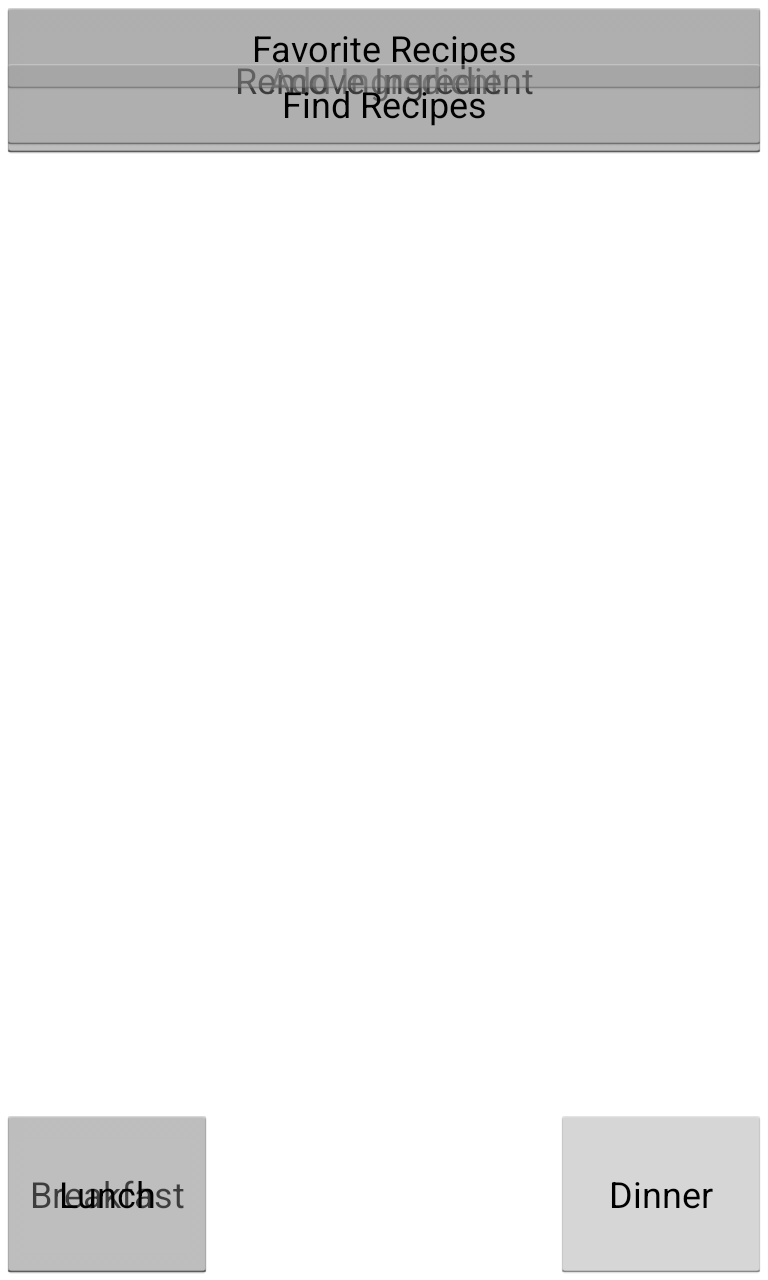
Repository: jmwood22/Boyardroid
Layout: Boyardroid/res/layout/activity_fridge.xml
These files come from the project's save history. The layout is drawn as it stood at one moment and after the next save; the edit follows.
It is drawn on a 768 x 1280 px phone screen (xhdpi) without system bars, with theme AppTheme; the app's code is not run.

Above is the layout before, as saved 2013-02-20 10:57:20.

### Boyardroid/res/layout/activity_fridge.xml
<RelativeLayout xmlns:android="http://schemas.android.com/apk/res/android"
    xmlns:tools="http://schemas.android.com/tools"
    android:id="@+id/AbsoluteLayout1"
    android:layout_width="match_parent"
    android:layout_height="match_parent"
    android:orientation="vertical"
    tools:context=".FridgeScreen" >


    <Button
        android:id="@+id/button1"
        android:layout_width="fill_parent"
        android:layout_height="80dp"
        android:layout_gravity="top"
        android:onClick="addIngre"
        android:text="@string/addIngredient_button" />

    <Button
        android:id="@+id/button2"
        android:layout_width="fill_parent"
        android:layout_height="80dp"
        android:layout_gravity="top"
        android:onClick="removIngre"
        android:text="@string/removeIngredient_button" />

    <Button
        android:id="@+id/button3"
        android:layout_width="fill_parent"
        android:layout_height="wrap_content"
        android:layout_gravity="bottom"
        android:onClick="favRecipe"
        android:text="@string/favoriteRecipe_button" />

    <Button
        android:id="@+id/button4"
        android:layout_width="fill_parent"
        android:layout_height="wrap_content"
        android:layout_marginTop="28dp"
        android:onClick="dialogBtn"
        android:text="@string/find_recipe" />

    <Button
         android:id="@+id/button5"
         android:layout_width="107dp"
         android:layout_height="86dp"
         android:layout_gravity="bottom"
         android:onClick="searchbreakfast"
         android:text="@string/breakfast_button"
         android:layout_alignParentBottom="true" />

     <Button
         android:id="@+id/button7"
         android:layout_width="107dp"
         android:layout_height="86dp"
         android:layout_alignParentBottom="true"
         android:layout_alignParentRight="true"
         android:onClick="searchdinner"
         android:text="@string/dinner_button" />

     <Button
         android:id="@+id/button6"
         android:layout_width="107dp"
         android:layout_height="86dp"
         android:layout_alignParentBottom="true"
         android:onClick="searchlunch"
         android:text="@string/lunch_button" />

</RelativeLayout>

### Boyardroid/res/values/strings.xml
<?xml version="1.0" encoding="utf-8"?>
<resources>

    <string name="app_name">BoyarDroid</string>
    <string name="quick_recipe">Quick Recipe</string>
    <string name="menu_settings">Settings</string>
    <string name="title_activity_quck_recipe">QuckRecipe</string>
    <string name="title_activity_quick_recipe">QuickRecipe</string>
    <string name="find_recipe">Find Recipes</string>
    <string name="hello_world">Hello world!</string>
    <string name="title_activity_home_screen">HomeScreen</string>
    <string name="title_activity_fridge">Fridge</string>
	<string name="fridge_button">Fridge</string>
	<string name="dinner_button">Dinner</string>
	<string name="breakfast_button">Breakfast</string>
	<string name="lunch_button">Lunch</string>
	<string name="user_button">User text</string>
	<string name="addIngredient_button">Add Ingredient</string>
	<string name="removeIngredient_button">Remove Ingredient</string>
	<string name="favoriteRecipe_button">Favorite Recipes</string>
</resources>

Loaded but not shown: Boyardroid/res/values/styles.xml (common file); Boyardroid/res/values-v11/styles.xml (common file); Boyardroid/res/values-v14/styles.xml (common file)

After the next save:
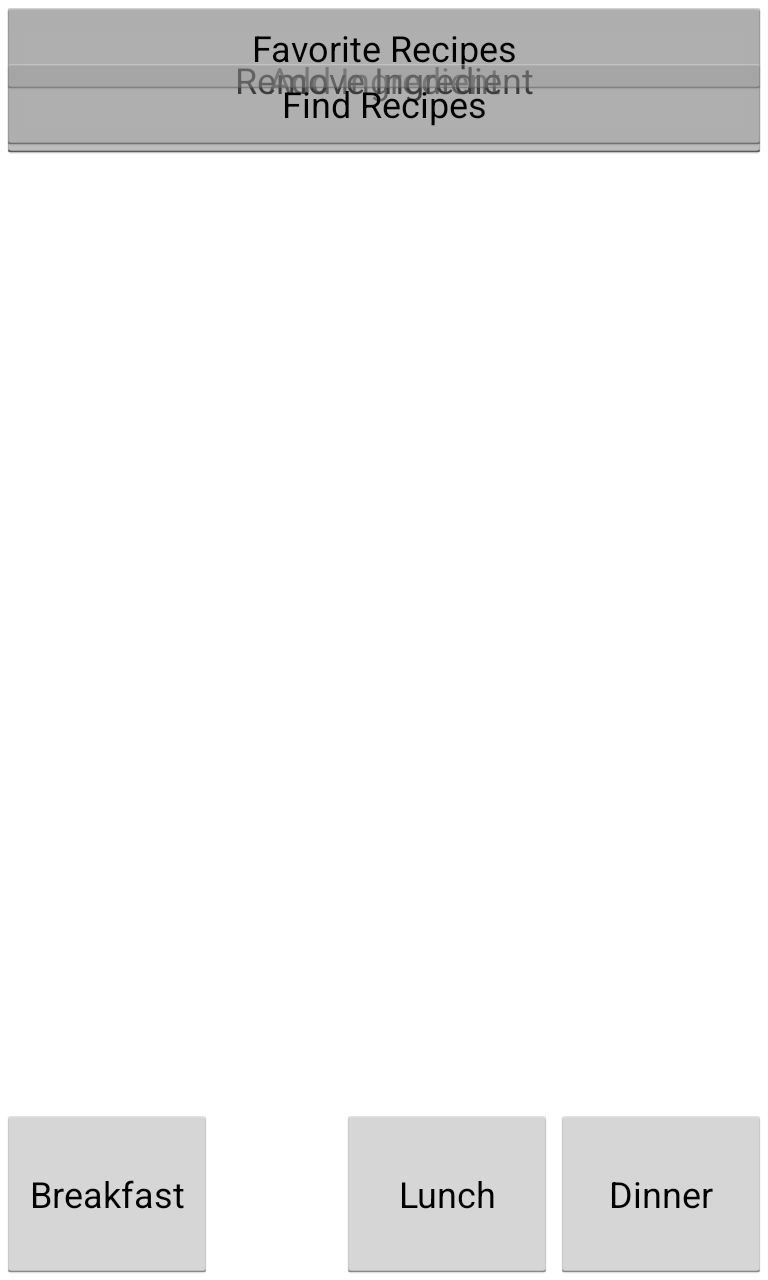
Saved 11 s later.
--- a/Boyardroid/res/layout/activity_fridge.xml
+++ b/Boyardroid/res/layout/activity_fridge.xml
@@ -62,6 +62,7 @@
          android:layout_width="107dp"
          android:layout_height="86dp"
          android:layout_alignParentBottom="true"
+         android:layout_toLeftOf="@+id/button7"
          android:onClick="searchlunch"
          android:text="@string/lunch_button" />
 
